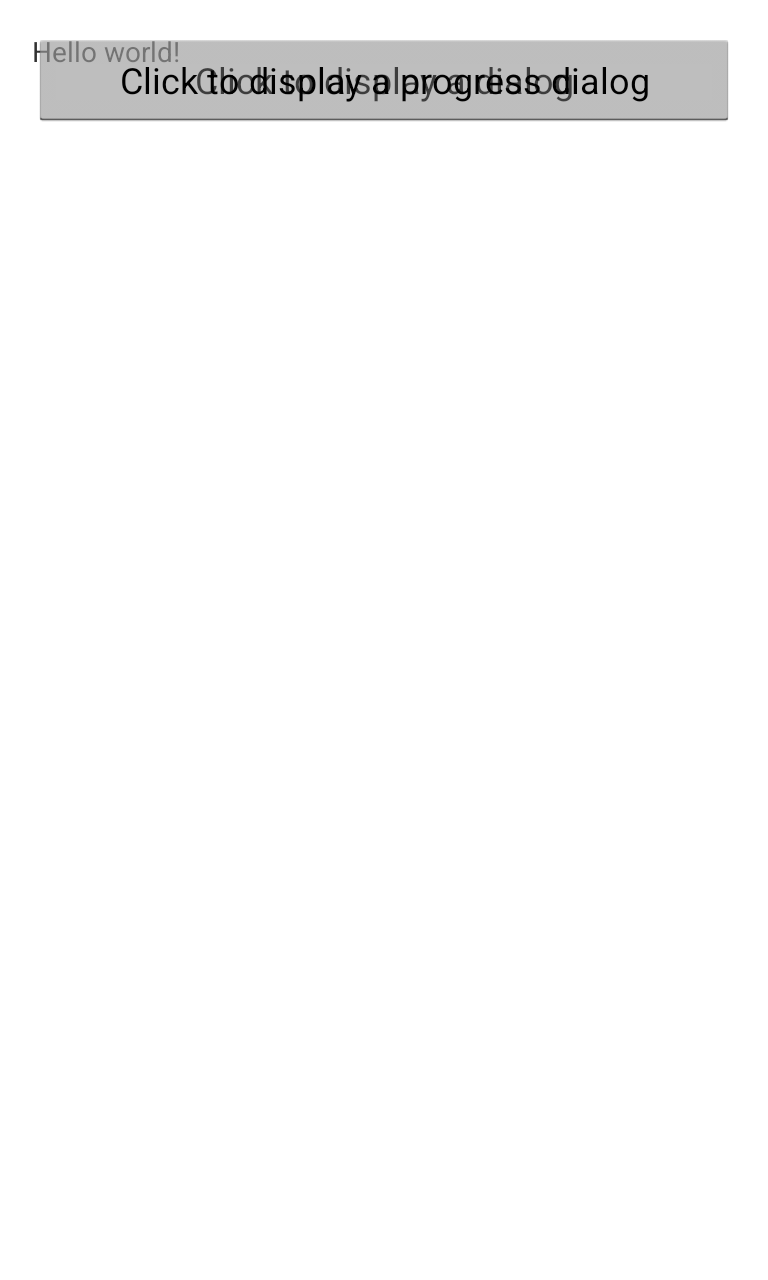
Repository: nyakeh/Android
Layout: Activity101/res/layout/activity_main.xml
These files come from the project's save history. The layout is drawn as it stood at one moment and after the next save; the edit follows.
It is drawn on a 768 x 1280 px phone screen (xhdpi) without system bars, with theme AppTheme; the app's code is not run.

Above is the layout before, as saved 2013-08-14 12:03:33.

### Activity101/res/layout/activity_main.xml
<RelativeLayout xmlns:android="http://schemas.android.com/apk/res/android"
    xmlns:tools="http://schemas.android.com/tools"
    android:layout_width="match_parent"
    android:layout_height="match_parent"
    android:paddingBottom="@dimen/activity_vertical_margin"
    android:paddingLeft="@dimen/activity_horizontal_margin"
    android:paddingRight="@dimen/activity_horizontal_margin"
    android:paddingTop="@dimen/activity_vertical_margin"
    tools:context=".MainActivity" >

    <TextView
        android:layout_width="wrap_content"
        android:layout_height="wrap_content"
        android:text="@string/hello_world"
	/>

    <Button
		android:id="@+id/btn_dialog"
		android:layout_width="fill_parent"
		android:layout_height="wrap_content"
		android:text="Click to display a dialog"
		android:onClick="onClick"
	/>

    <Button
		android:id="@+id/btn_dialog2"
		android:layout_width="fill_parent"
		android:layout_height="wrap_content"
		android:text="Click to display a progress dialog"
		android:onClick="onClick2" />

</RelativeLayout>

### Activity101/res/values/strings.xml
<?xml version="1.0" encoding="utf-8"?>
<resources>

    <string name="app_name">Activity101</string>
    <string name="action_settings">Settings</string>
    <string name="hello_world">Hello world!</string>

</resources>

Loaded but not shown: Activity101/res/values/styles.xml (common file); Activity101/res/values-v11/styles.xml (common file); Activity101/res/values-v14/styles.xml (common file); Activity101/res/values/dimens.xml (common file)

After the next save:
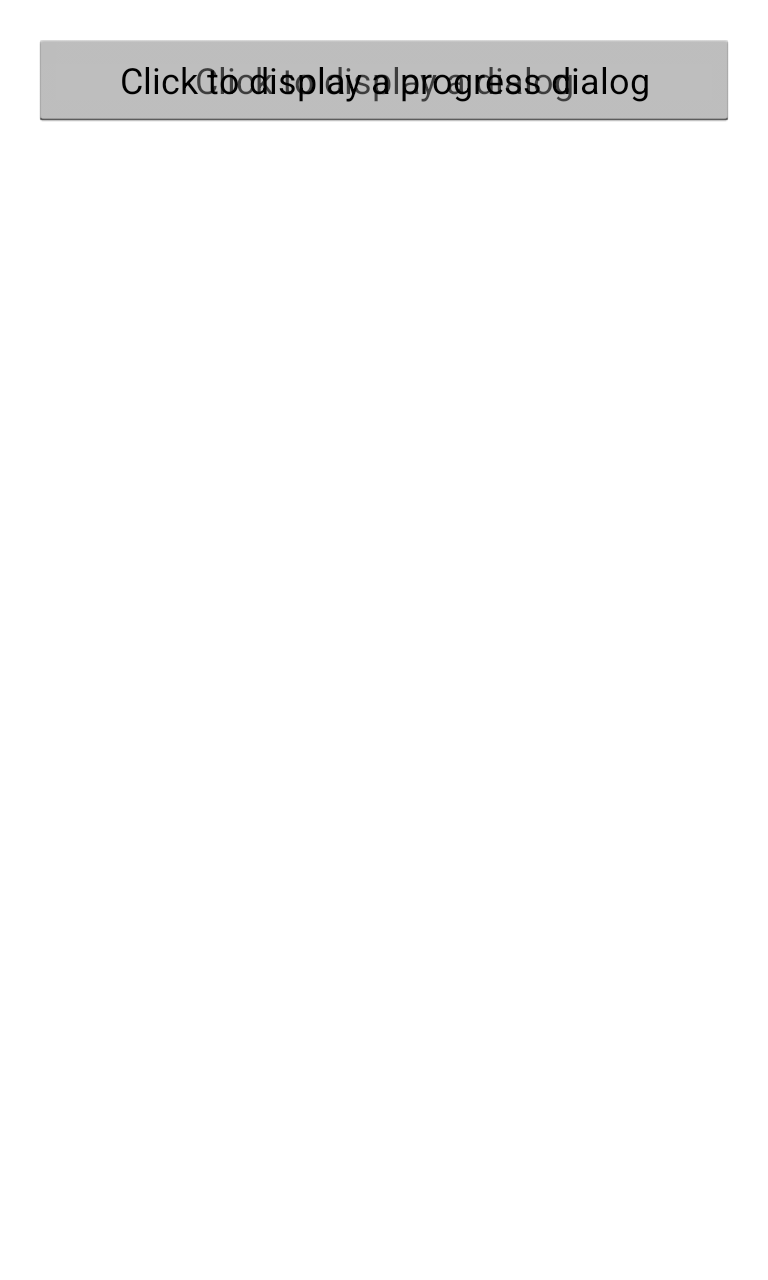
Saved 94 s later.
--- a/Activity101/res/layout/activity_main.xml
+++ b/Activity101/res/layout/activity_main.xml
@@ -7,12 +7,6 @@
     android:paddingRight="@dimen/activity_horizontal_margin"
     android:paddingTop="@dimen/activity_vertical_margin"
     tools:context=".MainActivity" >
-
-    <TextView
-        android:layout_width="wrap_content"
-        android:layout_height="wrap_content"
-        android:text="@string/hello_world"
-	/>
 
     <Button
 		android:id="@+id/btn_dialog"
